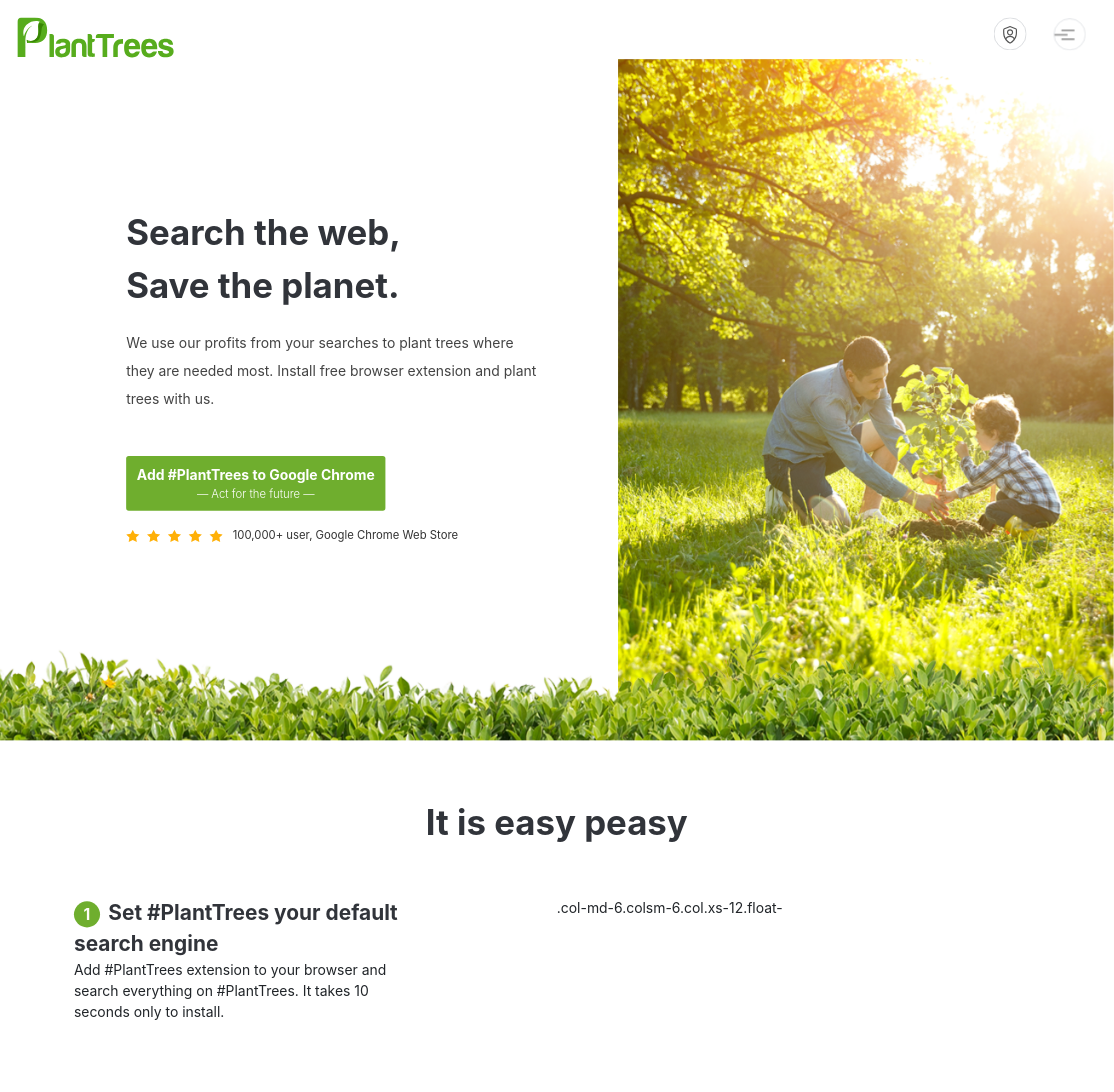
Repository: caothaito/b6g6
Page: bogo/how-it-work.html
An editor plug-in stored every save of this project. The page is shown before and after the next save, followed by the edit.
The browser window is 1280 px wide. The pictures show the whole page, at 87% of full size.
Some web libraries are served in a nearby version. The style sheet was rebuilt from its Sass, Less or Tailwind sources for each picture, by a compiler version that may differ from the author's.

Above is the page before, as saved 2020-08-14 13:54:49.
Console error: TypeError: $(...).ready(...) is not a function

After the next save:
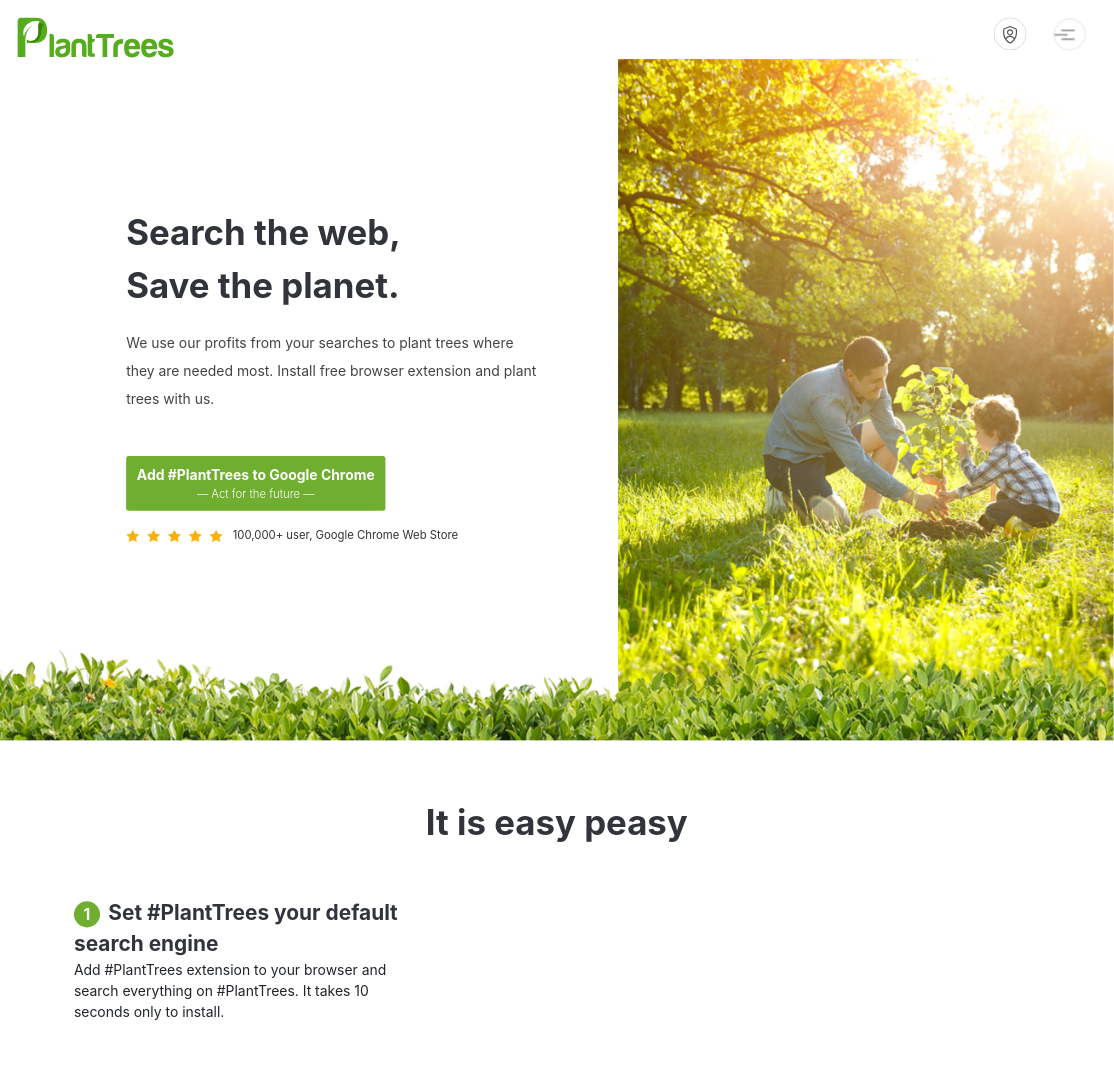
Saved 4 s later.
--- a/bogo/how-it-work.html
+++ b/bogo/how-it-work.html
@@ -137,7 +137,7 @@
                                     <div class="desc">Add #PlantTrees extension to your browser and search everything on #PlantTrees. It takes 10 seconds only to install.</div>
                                 </div>
                             </div>
-                            .col-md-6.colsm-6.col.xs-12.float-
+                            <div class="col-md-6 colsm-6 col xs-12 float-left"></div>
                         </div>
                     </div>
                 </div>
